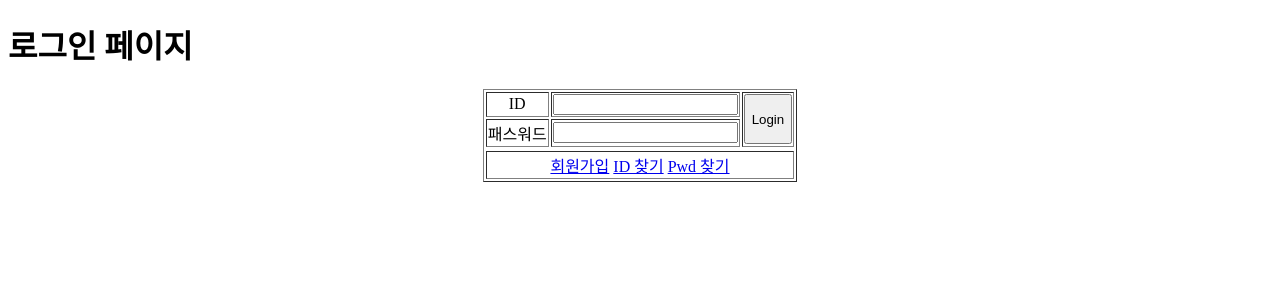
Repository: wake45/Web_Programming_Project
Page: Web_기말프로젝트_20145150_이상욱/Project/WebContent/login.html
These files come from the project's save history. The page is drawn as it stood at one moment and after the next save; the edit follows.
The browser window is 1280 px wide. The pictures show the whole page.

Above is the page before, as saved 2018-06-15 04:12:44.

### Web_기말프로젝트_20145150_이상욱/Project/WebContent/login.html
<!DOCTYPE html>
<html>
<head>
<meta charset="EUC-KR">
<title>Insert title here</title>
</head>
<body>
<h1>로그인 페이지</h1>
<form method=post action=login.jsp>
	<center>
	<table border=collapse>
		<tr>
			<td align="center">ID
			<td> <input type=text name=id>
			<td rowspan="2" align="center"><input type=submit value=Login style="height: 50px;"></td>
		<tr>
			<td align="center">패스워드
			<td><input type=password name=password>

		<tr>
		<tr>
			<td colspan="4" align="center">
			<a href="regist.html">회원가입</a>
			<a href="findId.html">ID 찾기</a>
			<a href="findPwd.html">Pwd 찾기</a>
		</tr>
	</table>
	</center>
</form>
</body>
</html>

After the next save:
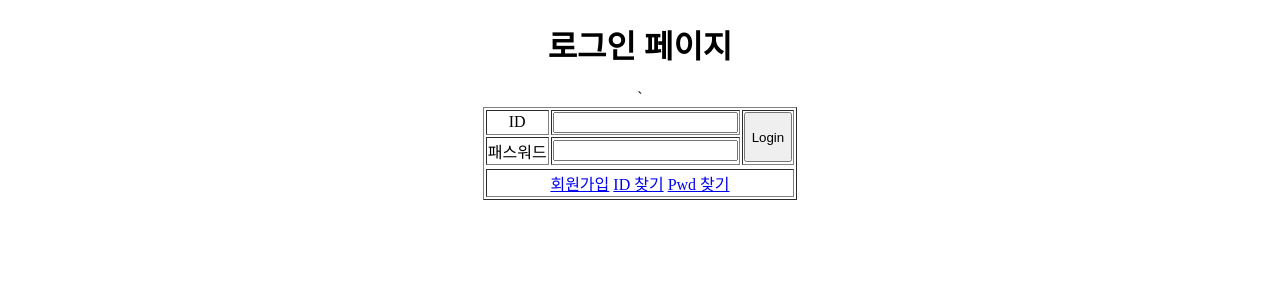
Saved 17 s later.
--- a/Web_기말프로젝트_20145150_이상욱/Project/WebContent/login.html
+++ b/Web_기말프로젝트_20145150_이상욱/Project/WebContent/login.html
@@ -5,9 +5,9 @@
 <title>Insert title here</title>
 </head>
 <body>
-<h1>로그인 페이지</h1>
 <form method=post action=login.jsp>
-	<center>
+<center>
+<h1>로그인 페이지</h1>`
 	<table border=collapse>
 		<tr>
 			<td align="center">ID
